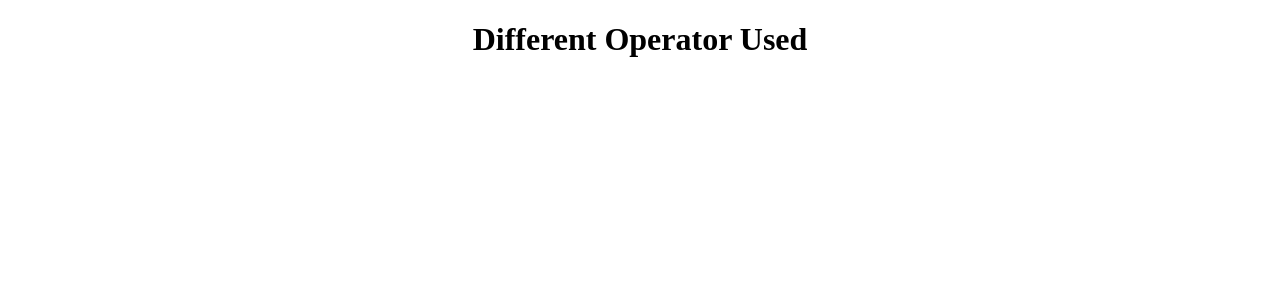
Repository: imrangthub/BlogUsingCoreJava
Page: http://localhost/StartingJsp_00/ExpressionLanguageOfJsp/expLanOperator.jsp
The author's editor kept a copy of each file at every save. The page is drawn from the files as they stood at one save, then again after the next save.
The browser window is 1280 px wide. The pictures show the whole page.
The page is served by Tomcat 9.

Above is the page before, as saved 2016-12-25 13:08:39.

After the next save:
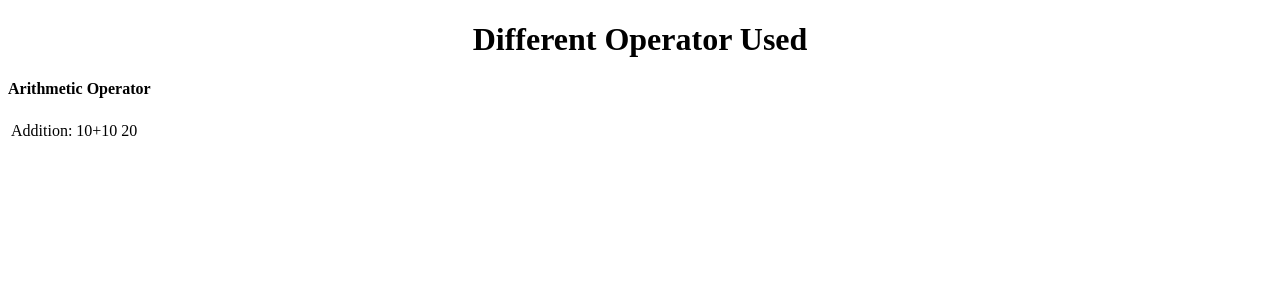
Saved 81 s later.
--- a/StartingJsp_00/WebContent/ExpressionLanguageOfJsp/expLanOperator.jsp
+++ b/StartingJsp_00/WebContent/ExpressionLanguageOfJsp/expLanOperator.jsp
@@ -9,5 +9,13 @@
 <body>
 <h1 align="center">Different Operator Used</h1>
 
+<h4>Arithmetic Operator</h4>
+<table>
+<tr>
+<td>Addition: 10+10</td>
+<td>${10+10 }</td>
+</tr>
+</table>
+
 </body>
 </html>
